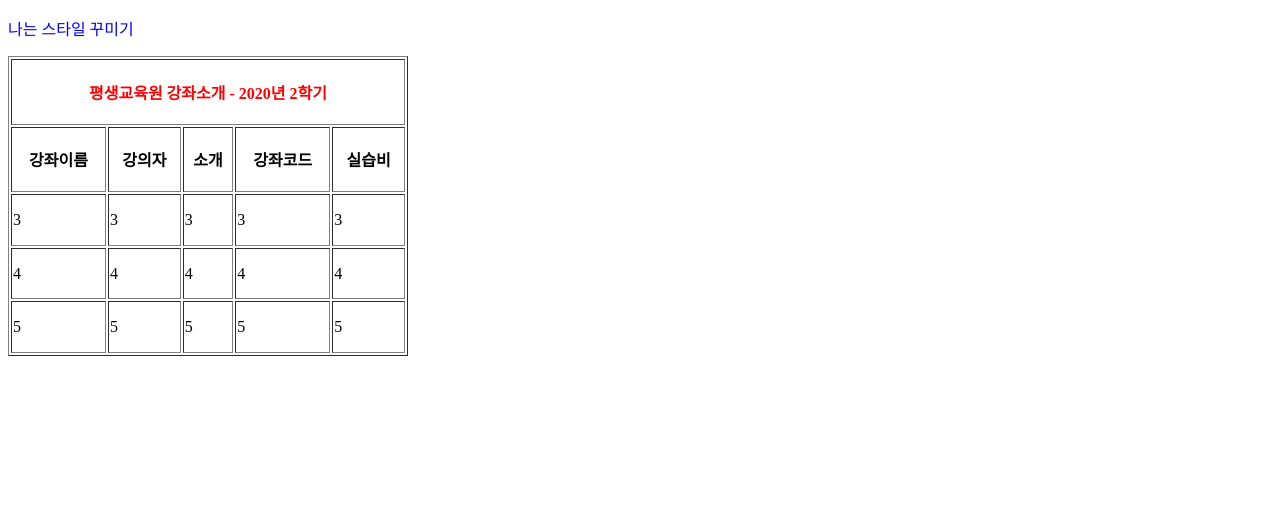
Repository: nijooymik/smartfactory
Page: jsp/t0718/src/main/webapp/html/tableex.html
An editor plug-in stored every save of this project. The page is shown before and after the next save, followed by the edit.
The browser window is 1280 px wide. The pictures show the whole page.

Above is the page before, as saved 2022-07-18 05:27:47.

### jsp/t0718/src/main/webapp/html/tableex.html
<!DOCTYPE html>
<html>
<head>
<meta charset="EUC-KR">
<title>Insert title here</title>
</head>
<body>
<p style="font:italic bold 3em;color:blue">
	나는 스타일 꾸미기
</p>
	<table border=1 width=400 height="300">
	<tr>
		<th colspan=5><font color="red" face="궁서체">평생교육원 강좌소개 - 2020년 2학기</font></th>
	</tr>
	<tr>
		<th>강좌이름</th>
		<th>강의자</th>
		<th>소개</th>
		<th>강좌코드</th>
		<th>실습비</th>
	</tr>
	<tr>
		<td>3</td>
		<td>3</td>
		<td>3</td>
		<td>3</td>
		<td>3</td>
	</tr>
	<tr>
		<td>4</td>
		<td>4</td>
		<td>4</td>
		<td>4</td>
		<td>4</td>
	</tr>
	<tr>
		<td>5</td>
		<td>5</td>
		<td>5</td>
		<td>5</td>
		<td>5</td>
	</tr>
	</table>
</body>
</html>

After the next save:
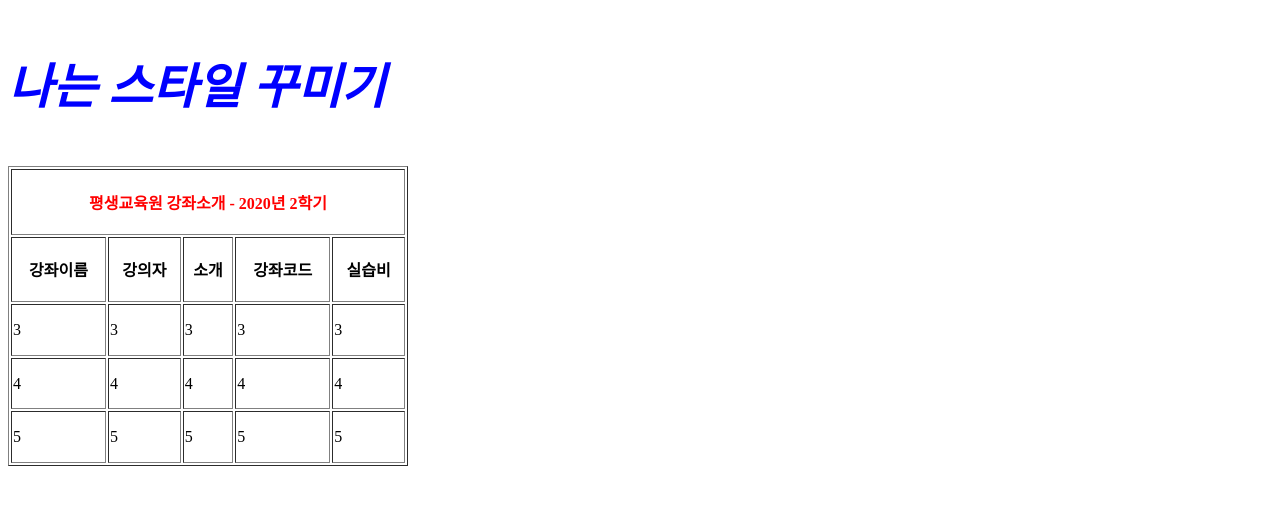
Saved 93 s later.
--- a/jsp/t0718/src/main/webapp/html/tableex.html
+++ b/jsp/t0718/src/main/webapp/html/tableex.html
@@ -5,7 +5,7 @@
 <title>Insert title here</title>
 </head>
 <body>
-<p style="font:italic bold 3em;color:blue">
+<p style="font:italic bold 3em 궁서체;color:blue">
 	나는 스타일 꾸미기
 </p>
 	<table border=1 width=400 height="300">
